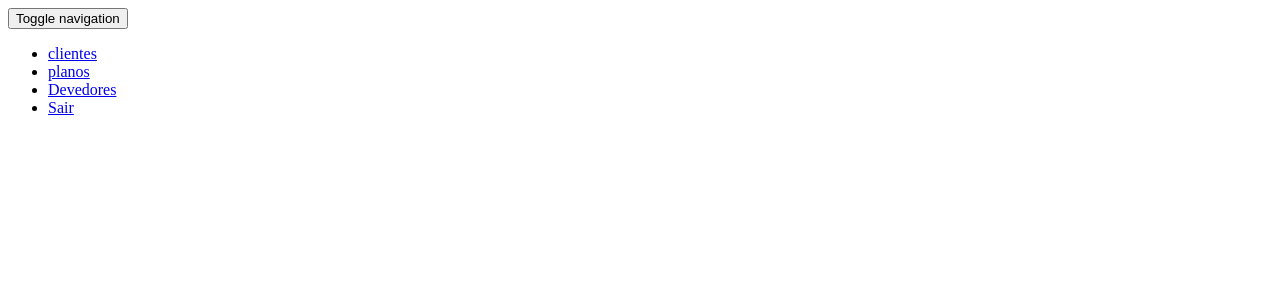
Repository: icaroplive/dashboard_carteira_acoes
Page: views/sidebar.html
These files come from the project's save history. The page is drawn as it stood at one moment and after the next save; the edit follows.
The browser window is 1280 px wide. The pictures show the whole page.

Above is the page before, as saved 2020-08-18 16:44:28.

After the next save:
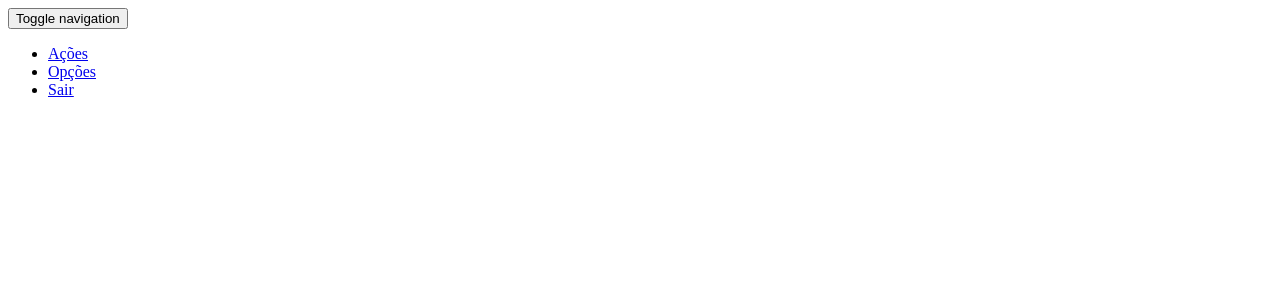
Saved 48 s later.
--- a/views/sidebar.html
+++ b/views/sidebar.html
@@ -1,6 +1,5 @@
-
 <nav class="navbar navbar-default" role="navigation">
-    <div class="container-fluid">
+  <div class="container-fluid">
     <div class="navbar-header">
       <button type="button" class="navbar-toggle" data-toggle="collapse" data-target="#bs-sidebar-navbar-collapse-1">
         <span class="sr-only">Toggle navigation</span>
@@ -11,14 +10,16 @@
     </div>
     <div class="collapse navbar-collapse" id="bs-sidebar-navbar-collapse-1">
       <ul class="nav navbar-nav">
-        <li ng-class="{active : location.path() =='/clientes'}""><a href="#/clientes">clientes<span style="font-size:16px;" class="pull-left hidden-xs showopacity glyphicon glyphicon-home"></span></a></li>
+        <li ng-class="{active : location.path() =='/acoes'}""><a href=" #/acoes">Ações<span style="font-size:16px;"
+            class="pull-left hidden-xs showopacity glyphicon glyphicon-home"></span></a></li>
 
-		 <li ng-class="{active : location.path() =='/planos'}""><a href="#/planos">planos<span style="font-size:16px;" class="pull-left hidden-xs showopacity glyphicon glyphicon-home"></span></a></li>
-		  <li ng-class="{active : location.path() =='/devedores'}""><a href="#/devedores">Devedores<span style="font-size:16px;" class="pull-left hidden-xs showopacity glyphicon glyphicon-home"></span></a></li>
+        <li ng-class="{active : location.path() =='/opcoes'}""><a href=" #/opcoes">Opções<span style="font-size:16px;"
+            class="pull-left hidden-xs showopacity glyphicon glyphicon-home"></span></a></li>
 
-		<li>
-		<a href="#/logoff">Sair <span style="font-size:16px;" class="pull-rigt hidden-xs showopacity glyphicon glyphicon-log-in"></span></a>
-		</li>
+        <li>
+          <a href="#/logoff">Sair <span style="font-size:16px;"
+              class="pull-rigt hidden-xs showopacity glyphicon glyphicon-log-in"></span></a>
+        </li>
       </ul>
     </div>
   </div>
